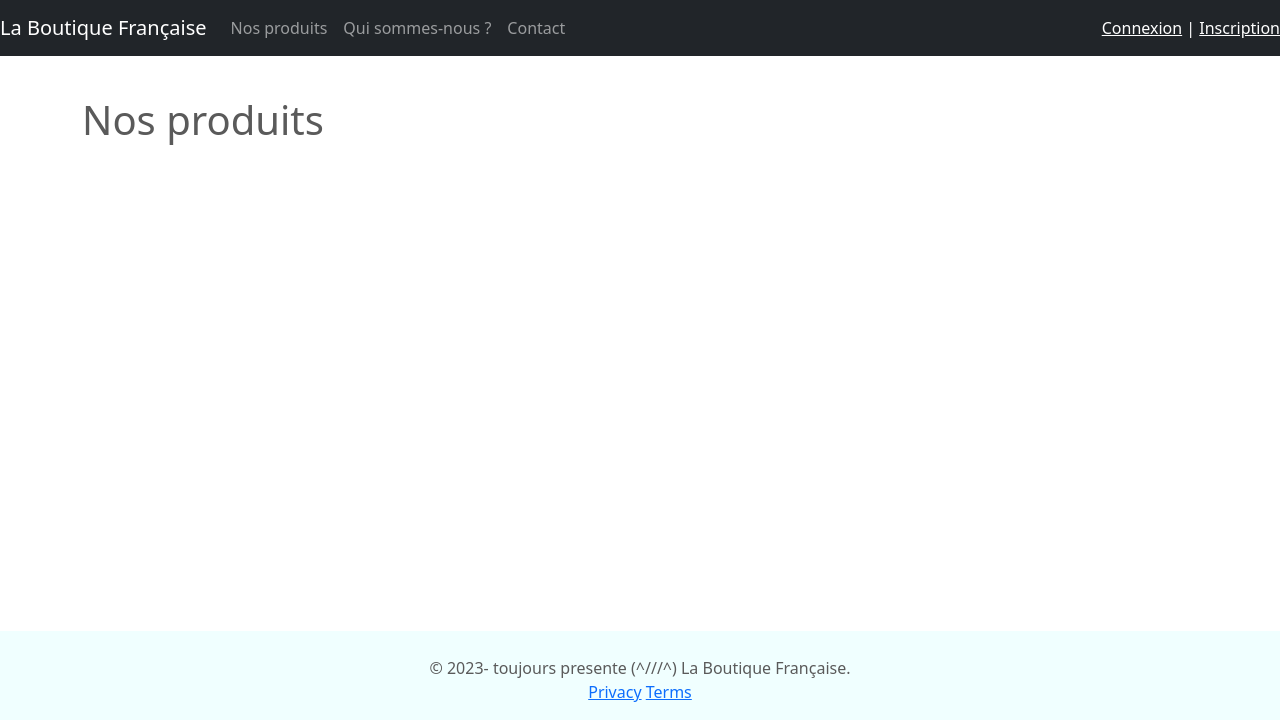
Repository: Coulibaly00180/laboutiquefrancaise
Page: templates/product/index.html.twig
The author's editor kept a copy of each file at every save. The page is drawn from the files as they stood at one save, then again after the next save.
The browser window is 1280 px wide. The pictures show the whole page.
The page is a Twig template of a Symfony application; nobody is signed in and links lead nowhere. The template is opened directly, without the code that normally fills it, so the values that code supplies are empty.

Above is the page before, as saved 2023-03-05 14:27:54.

### templates/product/index.html.twig
{% extends 'base.html.twig' %}

{% block title %}Nos produits - La Boutique Française{% endblock %}

{% block content %}
    <h1>Nos produits</h1>

    <div class="row">
        {% for product in products %}
            <div class="col-md-4">
                <div class="product-item text-center">
                    <img src="/uploads/{{ product.illustration }}" alt="{{ product.name }}" class="img-fluid">
                    <h5>{{ product.name }}</h5>
                    <span class="product-subtitle">{{ product.subtitle }}</span> <br>
                    <span class="product-price">{{ product.price }}</span>
                </div>
            </div>
        {% endfor %}
    </div>

{% endblock %}

### templates/base.html.twig
<!doctype html>
<html lang="fr">
<head>
    <meta charset="utf-8">
    <meta name="viewport" content="width=device-width, initial-scale=1, shrink-to-fit=no">
    <meta name="description" content="">
    <meta name="author" content="Coulibaly Abdoulaye Christian">
    <meta name="generator" content="Jekyll v4.1.1">
    <title>{% block title %}La Boutique Française - 100% Made in French{% endblock %}</title>

    <!-- Bootstrap core CSS -->
    <link href="{{ asset('assets/css/bootstrap.min.css') }}" rel="stylesheet">
    <link href="{{ asset('assets/css/style.css') }}" rel="stylesheet">

    <style>
        .bd-placeholder-img {
            font-size: 1.125rem;
            text-anchor: middle;
            -webkit-user-select: none;
            -moz-user-select: none;
            -ms-user-select: none;
            user-select: none;
        }

        @media (min-width: 768px) {
            .bd-placeholder-img-lg {
                font-size: 3.5rem;
            }
        }
    </style>
    <!-- Custom styles for this template -->
    <link href="{{ asset('assets/css/carousel.css') }}" rel="stylesheet">
</head>
<body>
    <header>
        <nav class="navbar navbar-expand-md navbar-dark fixed-top bg-dark">
            <a class="navbar-brand" href="{{path('app_home') }}">La Boutique Française</a>
            <button class="navbar-toggler" type="button" data-toggle="collapse" data-target="#navbarCollapse" aria-controls="navbarCollapse" aria-expanded="false" aria-label="Toggle navigation">
                <span class="navbar-toggler-icon"></span>
            </button>
            <div class="collapse navbar-collapse" id="navbarCollapse">
                <ul class="navbar-nav me-auto mb-2 mb-md-0">
                    <li class="nav-item active">
                        <a class="nav-link" href="{{path('app_products') }}">Nos produits</a>
                    </li>
                    <li class="nav-item">
                        <a class="nav-link" href="#">Qui sommes-nous ?</a>
                    </li>
                    <li class="nav-item">
                        <a class="nav-link" href="#">Contact</a>
                    </li>

                </ul>

                <div class="navbar-item-custom">
                    {% if app.user %}
                        <a href=" {{path('app_account') }}">Mon compte <small>( {{app.user.lastName}} )</small></a> | <a href=" {{ path('app_logout') }}">Déconnexion</a>
                    {% else %}
                        <a href=" {{ path('app_login') }}">Connexion</a> | <a href="{{ path('app_register') }}">Inscription</a>
                    {% endif %}
                </div>

            </div>
        </nav>
    </header>

    <main role="main">

        {% if block('carousel') is defined %}

        <div id="myCarousel" class="carousel slide" data-ride="carousel">
            <ol class="carousel-indicators">
                <li data-target="#myCarousel" data-slide-to="0" class="active"></li>
                <li data-target="#myCarousel" data-slide-to="1"></li>
                <li data-target="#myCarousel" data-slide-to="2"></li>
            </ol>
            <div class="carousel-inner">
                <div class="carousel-item active">
                    <svg class="bd-placeholder-img" width="100%" height="100%" xmlns="http://www.w3.org/2000/svg" preserveAspectRatio="xMidYMid slice" focusable="false" role="img"><rect width="100%" height="100%" fill="#777"/></svg>
                    <div class="container">
                        <div class="carousel-caption text-left">
                            <h1>Example headline.</h1>
                            <p>Cras justo odio, dapibus ac facilisis in, egestas eget quam. Donec id elit non mi porta gravida at eget metus. Nullam id dolor id nibh ultricies vehicula ut id elit.</p>
                            <p><a class="btn btn-lg btn-primary" href="#" role="button">Sign up today</a></p>
                        </div>
                    </div>
                </div>
                <div class="carousel-item">
                    <svg class="bd-placeholder-img" width="100%" height="100%" xmlns="http://www.w3.org/2000/svg" preserveAspectRatio="xMidYMid slice" focusable="false" role="img"><rect width="100%" height="100%" fill="#777"/></svg>
                    <div class="container">
                        <div class="carousel-caption">
                            <h1>Another example headline.</h1>
                            <p>Cras justo odio, dapibus ac facilisis in, egestas eget quam. Donec id elit non mi porta gravida at eget metus. Nullam id dolor id nibh ultricies vehicula ut id elit.</p>
                            <p><a class="btn btn-lg btn-primary" href="#" role="button">Learn more</a></p>
                        </div>
                    </div>
                </div>
                <div class="carousel-item">
                    <svg class="bd-placeholder-img" width="100%" height="100%" xmlns="http://www.w3.org/2000/svg" preserveAspectRatio="xMidYMid slice" focusable="false" role="img"><rect width="100%" height="100%" fill="#777"/></svg>
                    <div class="container">
                        <div class="carousel-caption text-right">
                            <h1>One more for good measure.</h1>
                            <p>Cras justo odio, dapibus ac facilisis in, egestas eget quam. Donec id elit non mi porta gravida at eget metus. Nullam id dolor id nibh ultricies vehicula ut id elit.</p>
                            <p><a class="btn btn-lg btn-primary" href="#" role="button">Browse gallery</a></p>
                        </div>
                    </div>
                </div>
            </div>
            <a class="carousel-control-prev" href="#myCarousel" role="button" data-slide="prev">
                <span class="carousel-control-prev-icon" aria-hidden="true"></span>
                <span class="sr-only">Previous</span>
            </a>
            <a class="carousel-control-next" href="#myCarousel" role="button" data-slide="next">
                <span class="carousel-control-next-icon" aria-hidden="true"></span>
                <span class="sr-only">Next</span>
            </a>
        </div>

        {% endif %}


        <!-- Marketing messaging and featurettes
        ================================================== -->
        <!-- Wrap the rest of the page in another container to center all the content. -->

        <div class="container marketing {% if block('carousel') is not defined %} mt-5 {% endif %}">

            {% block content %}

            {% endblock %}

        </div><!-- /.container -->

        <!-- FOOTER -->
        <footer class="footer-custom">
            <p>&copy; 2023- toujours presente (^///^) La Boutique Française. <br>
                <a href="#">Privacy</a> <a href="#">Terms</a>
            </p>
        </footer>
    </main>
    <script src="https://code.jquery.com/jquery-3.5.1.slim.min.js"></script>
    <script src="{{ asset('assets/js/bootstrap.bundle.js') }}"></script>
</body>
</html>

### public/assets/css/style.css
.navbar-item-custom, .navbar-item-custom a{
    color: #fff;
}

.footer-custom{
    text-align: center;
    position: fixed;
    bottom: 0;
    width: 100%;
    background-color: azure;
    padding-top: 25px;
}

.product-item {
    margin-top: 15px;
}

.product-item h5{
    text-transform: uppercase;
    font-size: 18px;
    margin-bottom: 1px;
}

.product-item .product-subtitle{
    font-size: 14px;
    display: block;
    margin-bottom: 10px;
}

.product-item .product-price{
    font-size: 14px;
    font-weight: bold;
    color: red;
}

### public/assets/css/carousel.css
/* GLOBAL STYLES
-------------------------------------------------- */
/* Padding below the footer and lighter body text */

body {
    padding-top: 3rem;
    padding-bottom: 3rem;
    color: #5a5a5a;
}


/* CUSTOMIZE THE CAROUSEL
-------------------------------------------------- */

/* Carousel base class */
.carousel {
    margin-bottom: 4rem;
}
/* Since positioning the image, we need to help out the caption */
.carousel-caption {
    bottom: 3rem;
    z-index: 10;
}

/* Declare heights because of positioning of img element */
.carousel-item {
    height: 32rem;
}
.carousel-item > img {
    position: absolute;
    top: 0;
    left: 0;
    min-width: 100%;
    height: 32rem;
}


/* MARKETING CONTENT
-------------------------------------------------- */

/* Center align the text within the three columns below the carousel */
.marketing .col-lg-4 {
    margin-bottom: 1.5rem;
    text-align: center;
}
.marketing h2 {
    font-weight: 400;
}
.marketing .col-lg-4 p {
    margin-right: .75rem;
    margin-left: .75rem;
}


/* Featurettes
------------------------- */

.featurette-divider {
    margin: 5rem 0; /* Space out the Bootstrap <hr> more */
}

/* Thin out the marketing headings */
.featurette-heading {
    font-weight: 300;
    line-height: 1;
    letter-spacing: -.05rem;
}


/* RESPONSIVE CSS
-------------------------------------------------- */

@media (min-width: 40em) {
    /* Bump up size of carousel content */
    .carousel-caption p {
        margin-bottom: 1.25rem;
        font-size: 1.25rem;
        line-height: 1.4;
    }

    .featurette-heading {
        font-size: 50px;
    }
}

@media (min-width: 62em) {
    .featurette-heading {
        margin-top: 7rem;
    }
}

Loaded but not shown: public/assets/css/bootstrap.min.css (library); public/assets/js/bootstrap.bundle.js (library)

After the next save:
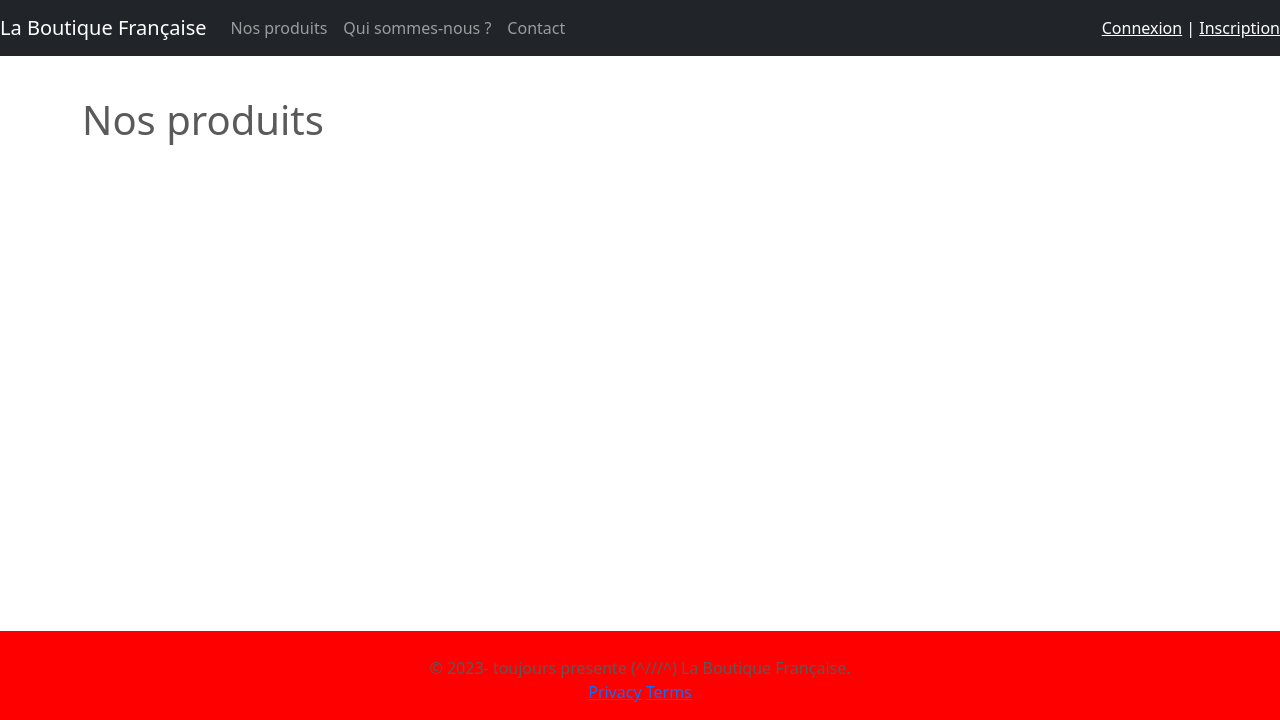
Saved 57 s later.
--- a/public/assets/css/style.css
+++ b/public/assets/css/style.css
@@ -7,7 +7,7 @@
     position: fixed;
     bottom: 0;
     width: 100%;
-    background-color: azure;
+    background-color: red;
     padding-top: 25px;
 }
 

After the save that followed:
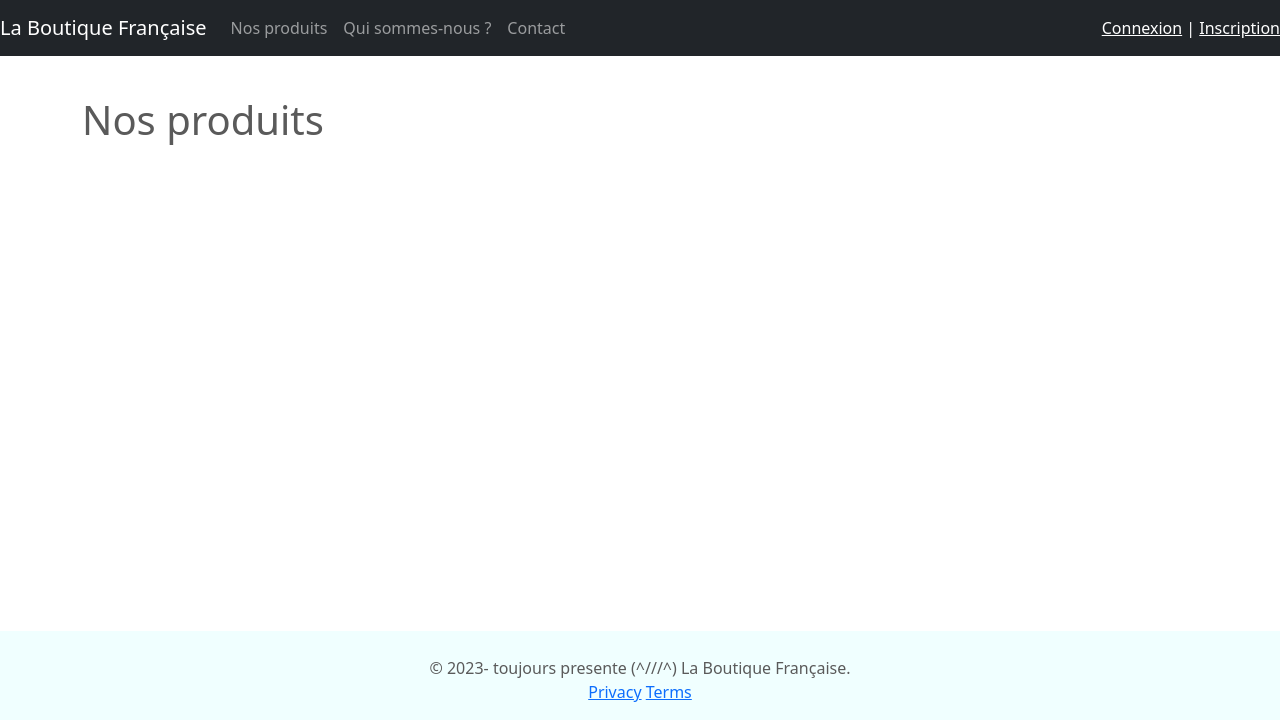
Saved 8 s later.
--- a/public/assets/css/style.css
+++ b/public/assets/css/style.css
@@ -7,7 +7,7 @@
     position: fixed;
     bottom: 0;
     width: 100%;
-    background-color: red;
+    background-color: azure;
     padding-top: 25px;
 }
 
